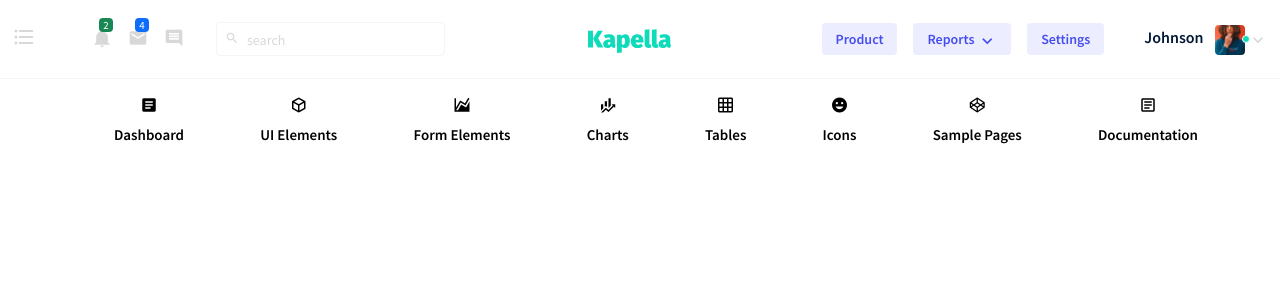
Repository: dimitri0004/Bien
Page: templates/base.html.twig
The author's editor kept a copy of each file at every save. The page is drawn from the files as they stood at one save, then again after the next save.
The browser window is 1280 px wide. The pictures show the whole page.
The page is a Twig template of a Symfony application; nobody is signed in and links lead nowhere. The template is opened directly, without the code that normally fills it, so the values that code supplies are empty.

Above is the page before, as saved 2023-04-03 11:58:23.
Console error: TypeError: Cannot read properties of null (reading 'addEventListener')

### templates/base.html.twig
<!DOCTYPE html>
<html>
    <head>
        <meta charset="UTF-8">
        <meta name="viewport" content="width=device-width, initial-scale=1, shrink-to-fit=no">
        <title>{% block title %}Welcome!{% endblock %}</title>
        <link rel="icon" href="data:[embedded picture, 143 characters]">
        {# Run `composer require symfony/webpack-encore-bundle` to start using Symfony UX #}
        <!-- Required meta tags -->
        <!-- base:css -->




        {% block stylesheets %}
            <link rel="stylesheet" href="{{asset('vendors/base/vendor.bundle.base.css')}}">
            <link rel="stylesheet" href="{{asset('vendors/mdi/css/materialdesignicons.min.css')}}">
            <link rel="stylesheet" href="{{asset('css/style.css')}}">
            <link rel="shortcut icon" href="{{asset('images/favicon.png')}}" >

        {% endblock %}



        {% block javascripts %} {% endblock %}

        <script src="{{asset('vendors/base/vendor.bundle.base.js')}}" defer></script>
        <script src="{{asset('js/template.js')}}" defer></script>
        <script src="{{asset('vendors/chart.js/Chart.min.js')}}"defer></script>
        <script src="{{asset('vendors/progressbar.js/progressbar.min.js')}}"></script>
        <script src="{{asset('vendors/chartjs-plugin-datalabels/chartjs-plugin-datalabels.js')}}"defer></script>
        <script src="{{asset('vendors/justgage/raphael-2.1.4.min.js')}}"defer></script>
        <script src="{{asset('vendors/justgage/justgage.js')}}"defer></script>
        <script src="{{asset('js/jquery.cookie.js')}}" type="text/javascript" defer></script>
        <script src="{{asset('js/dashboard.js')}}" defer></script>



    </head>
    <body>
        {% include "_partiels/nav.html.twig" %}
        {% block body %}

        {% endblock %}
    </body>
</html>

### templates/_partiels/nav.html.twig

<div class="container-scroller">
    <div class="row p-0 m-0 proBanner" id="proBanner">
        <div class="col-md-12 p-0 m-0">

        </div>
    </div>
<!-- partial:partials/_horizontal-navbar.html -->
<div class="horizontal-menu">
<nav class="navbar top-navbar col-lg-12 col-12 p-0">
<div class="container-fluid">
<div class="navbar-menu-wrapper d-flex align-items-center justify-content-between">
<ul class="navbar-nav navbar-nav-left">
  <li class="nav-item ms-0 me-5 d-lg-flex d-none">
    <a href="#" class="nav-link horizontal-nav-left-menu"><i class="mdi mdi-format-list-bulleted"></i></a>
  </li>
  <li class="nav-item dropdown">
    <a class="nav-link count-indicator dropdown-toggle d-flex align-items-center justify-content-center" id="notificationDropdown" href="#" data-bs-toggle="dropdown">
      <i class="mdi mdi-bell mx-0"></i>
      <span class="count bg-success">2</span>
    </a>
    <div class="dropdown-menu dropdown-menu-right navbar-dropdown preview-list" aria-labelledby="notificationDropdown">
      <p class="mb-0 font-weight-normal float-left dropdown-header">Notifications</p>
      <a class="dropdown-item preview-item">
        <div class="preview-thumbnail">
            <div class="preview-icon bg-success">
              <i class="mdi mdi-information mx-0"></i>
            </div>
        </div>
        <div class="preview-item-content">
            <h6 class="preview-subject font-weight-normal">Application Error</h6>
            <p class="font-weight-light small-text mb-0 text-muted">
              Just now
            </p>
        </div>
      </a>
      <a class="dropdown-item preview-item">
        <div class="preview-thumbnail">
            <div class="preview-icon bg-warning">
              <i class="mdi mdi-settings mx-0"></i>
            </div>
        </div>
        <div class="preview-item-content">
            <h6 class="preview-subject font-weight-normal">Settings</h6>
            <p class="font-weight-light small-text mb-0 text-muted">
              Private message
            </p>
        </div>
      </a>
      <a class="dropdown-item preview-item">
        <div class="preview-thumbnail">
            <div class="preview-icon bg-info">
              <i class="mdi mdi-account-box mx-0"></i>
            </div>
        </div>
        <div class="preview-item-content">
            <h6 class="preview-subject font-weight-normal">New user registration</h6>
            <p class="font-weight-light small-text mb-0 text-muted">
              2 days ago
            </p>
        </div>
      </a>
    </div>
  </li>
  <li class="nav-item dropdown">
    <a class="nav-link count-indicator dropdown-toggle d-flex justify-content-center align-items-center" id="messageDropdown" href="#" data-bs-toggle="dropdown">
      <i class="mdi mdi-email mx-0"></i>
      <span class="count bg-primary">4</span>
    </a>
    <div class="dropdown-menu dropdown-menu-right navbar-dropdown preview-list" aria-labelledby="messageDropdown">
      <p class="mb-0 font-weight-normal float-left dropdown-header">Messages</p>
      <a class="dropdown-item preview-item">
        <div class="preview-thumbnail">
            <img src="images/faces/face4.jpg" alt="image" class="profile-pic">
        </div>
        <div class="preview-item-content flex-grow">
            <h6 class="preview-subject ellipsis font-weight-normal">David Grey
            </h6>
            <p class="font-weight-light small-text text-muted mb-0">
              The meeting is cancelled
            </p>
        </div>
      </a>
      <a class="dropdown-item preview-item">
        <div class="preview-thumbnail">
            <img src="images/faces/face2.jpg" alt="image" class="profile-pic">
        </div>
        <div class="preview-item-content flex-grow">
            <h6 class="preview-subject ellipsis font-weight-normal">Tim Cook
            </h6>
            <p class="font-weight-light small-text text-muted mb-0">
              New product launch
            </p>
        </div>
      </a>
      <a class="dropdown-item preview-item">
        <div class="preview-thumbnail">
            <img src="images/faces/face3.jpg" alt="image" class="profile-pic">
        </div>
        <div class="preview-item-content flex-grow">
            <h6 class="preview-subject ellipsis font-weight-normal"> Johnson
            </h6>
            <p class="font-weight-light small-text text-muted mb-0">
              Upcoming board meeting
            </p>
        </div>
      </a>
    </div>
  </li>
  <li class="nav-item dropdown">
    <a href="#" class="nav-link count-indicator "><i class="mdi mdi-message-reply-text"></i></a>
  </li>
  <li class="nav-item nav-search d-none d-lg-block ms-3">
    <div class="input-group">
        <div class="input-group-prepend">
          <span class="input-group-text" id="search">
            <i class="mdi mdi-magnify"></i>
          </span>
        </div>
        <input type="text" class="form-control" placeholder="search" aria-label="search" aria-describedby="search">
    </div>
  </li>
</ul>
<div class="text-center navbar-brand-wrapper d-flex align-items-center justify-content-center">
    <a class="navbar-brand brand-logo" href="index.html"><img src="images/logo.svg" alt="logo"/></a>
    <a class="navbar-brand brand-logo-mini" href="index.html"><img src="images/logo-mini.svg" alt="logo"/></a>
</div>
<ul class="navbar-nav navbar-nav-right">
    <li class="nav-item dropdown  d-lg-flex d-none">
      <button type="button" class="btn btn-inverse-primary btn-sm">Product </button>
    </li>
    <li class="nav-item dropdown d-lg-flex d-none">
      <a class="dropdown-toggle show-dropdown-arrow btn btn-inverse-primary btn-sm" id="nreportDropdown" href="#" data-bs-toggle="dropdown">
      Reports
      </a>
      <div class="dropdown-menu dropdown-menu-right navbar-dropdown preview-list" aria-labelledby="nreportDropdown">
          <p class="mb-0 font-weight-medium float-left dropdown-header">Reports</p>
          <a class="dropdown-item">
            <i class="mdi mdi-file-pdf text-primary"></i>
            Pdf
          </a>
          <a class="dropdown-item">
            <i class="mdi mdi-file-excel text-primary"></i>
            Exel
          </a>
      </div>
    </li>
    <li class="nav-item dropdown d-lg-flex d-none">
      <button type="button" class="btn btn-inverse-primary btn-sm">Settings</button>
    </li>
    <li class="nav-item nav-profile dropdown">
      <a class="nav-link dropdown-toggle" href="#" data-bs-toggle="dropdown" id="profileDropdown">
        <span class="nav-profile-name">Johnson</span>
        <span class="online-status"></span>
        <img src="images/faces/face28.png" alt="profile"/>
      </a>
      <div class="dropdown-menu dropdown-menu-right navbar-dropdown" aria-labelledby="profileDropdown">
          <a class="dropdown-item">
            <i class="mdi mdi-settings text-primary"></i>
            Settings
          </a>
          <a class="dropdown-item">
            <i class="mdi mdi-logout text-primary"></i>
            Logout
          </a>
      </div>
    </li>
</ul>
<button class="navbar-toggler navbar-toggler-right d-lg-none align-self-center" type="button" data-toggle="horizontal-menu-toggle">
  <span class="mdi mdi-menu"></span>
</button>
</div>
</div>
</nav>
<nav class="bottom-navbar">
<div class="container">
<ul class="nav page-navigation">
  <li class="nav-item">
    <a class="nav-link" href="index.html">
      <i class="mdi mdi-file-document-box menu-icon"></i>
      <span class="menu-title">Dashboard</span>
    </a>
  </li>
  <li class="nav-item">
      <a href="#" class="nav-link">
        <i class="mdi mdi-cube-outline menu-icon"></i>
        <span class="menu-title">UI Elements</span>
        <i class="menu-arrow"></i>
      </a>
      <div class="submenu">
          <ul>
              <li class="nav-item"><a class="nav-link" href="pages/ui-features/buttons.html">Buttons</a></li>
              <li class="nav-item"><a class="nav-link" href="pages/ui-features/typography.html">Typography</a></li>
          </ul>
      </div>
  </li>
  <li class="nav-item">
      <a href="pages/forms/basic_elements.html" class="nav-link">
        <i class="mdi mdi-chart-areaspline menu-icon"></i>
        <span class="menu-title">Form Elements</span>
        <i class="menu-arrow"></i>
      </a>
  </li>
  <li class="nav-item">
      <a href="pages/charts/chartjs.html" class="nav-link">
        <i class="mdi mdi-finance menu-icon"></i>
        <span class="menu-title">Charts</span>
        <i class="menu-arrow"></i>
      </a>
  </li>
  <li class="nav-item">
      <a href="pages/tables/basic-table.html" class="nav-link">
        <i class="mdi mdi-grid menu-icon"></i>
        <span class="menu-title">Tables</span>
        <i class="menu-arrow"></i>
      </a>
  </li>
  <li class="nav-item">
      <a href="pages/icons/mdi.html" class="nav-link">
        <i class="mdi mdi-emoticon menu-icon"></i>
        <span class="menu-title">Icons</span>
        <i class="menu-arrow"></i>
      </a>
  </li>
  <li class="nav-item">
      <a href="#" class="nav-link">
        <i class="mdi mdi-codepen menu-icon"></i>
        <span class="menu-title">Sample Pages</span>
        <i class="menu-arrow"></i>
      </a>
      <div class="submenu">
          <ul class="submenu-item">
              <li class="nav-item"><a class="nav-link" href="pages/samples/login.html">Login</a></li>
              <li class="nav-item"><a class="nav-link" href="pages/samples/login-2.html">Login 2</a></li>
              <li class="nav-item"><a class="nav-link" href="pages/samples/register.html">Register</a></li>
              <li class="nav-item"><a class="nav-link" href="pages/samples/register-2.html">Register 2</a></li>
              <li class="nav-item"><a class="nav-link" href="pages/samples/lock-screen.html">Lockscreen</a></li>
          </ul>
      </div>
  </li>
  <li class="nav-item">
      <a href="docs/documentation.html" class="nav-link">
        <i class="mdi mdi-file-document-box-outline menu-icon"></i>
        <span class="menu-title">Documentation</span></a>
  </li>
</ul>
</div>
</nav>
</div>

### public/js/template.js
(function($) {
  'use strict';
  $(function() {
    var body = $('body');
    var contentWrapper = $('.content-wrapper');
    var scroller = $('.container-scroller');
    var footer = $('.footer');
    var sidebar = $('.sidebar');

    //Add active class to nav-link based on url dynamically
    //Active class can be hard coded directly in html file also as required

    function addActiveClass(element) {
      if (current === "") {
        //for root url
        if (element.attr('href').indexOf("index.html") !== -1) {
          element.parents('.nav-item').last().addClass('active');
          if (element.parents('.sub-menu').length) {
            element.closest('.collapse').addClass('show');
            element.addClass('active');
          }
        }
      } else {
        //for other url
        if (element.attr('href').indexOf(current) !== -1) {
          element.parents('.nav-item').last().addClass('active');
          if (element.parents('.sub-menu').length) {
            element.closest('.collapse').addClass('show');
            element.addClass('active');
          }
          if (element.parents('.submenu-item').length) {
            element.addClass('active');
          }
        }
      }
    }

    var current = location.pathname.split("/").slice(-1)[0].replace(/^\/|\/$/g, '');
    $('.nav li a', sidebar).each(function() {
      var $this = $(this);
      addActiveClass($this);
    })

    $('.horizontal-menu .nav li a').each(function() {
      var $this = $(this);
      addActiveClass($this);
    })

    //Close other submenu in sidebar on opening any

    sidebar.on('show.bs.collapse', '.collapse', function() {
      sidebar.find('.collapse.show').collapse('hide');
    });


    //Change sidebar and content-wrapper height
    applyStyles();

    function applyStyles() {
      //Applying perfect scrollbar
      if (!body.hasClass("rtl")) {
        if ($('.settings-panel .tab-content .tab-pane.scroll-wrapper').length) {
          const settingsPanelScroll = new PerfectScrollbar('.settings-panel .tab-content .tab-pane.scroll-wrapper');
        }
        if ($('.chats').length) {
          const chatsScroll = new PerfectScrollbar('.chats');
        }
        if (body.hasClass("sidebar-fixed")) {
          if($('#sidebar').length) {
            var fixedSidebarScroll = new PerfectScrollbar('#sidebar .nav');
          }
        }
      }
    }

    $('[data-toggle="minimize"]').on("click", function() {
      if ((body.hasClass('sidebar-toggle-display')) || (body.hasClass('sidebar-absolute'))) {
        body.toggleClass('sidebar-hidden');
      } else {
        body.toggleClass('sidebar-icon-only');
      }
    });

    //checkbox and radios
    $(".form-check label,.form-radio label").append('<i class="input-helper"></i>');

    //Horizontal menu in mobile
    $('[data-toggle="horizontal-menu-toggle"]').on("click", function() {
      $(".horizontal-menu .bottom-navbar").toggleClass("header-toggled");
    });
    // Horizontal menu navigation in mobile menu on click
    var navItemClicked = $('.horizontal-menu .page-navigation >.nav-item');
    navItemClicked.on("click", function(event) {
      if(window.matchMedia('(max-width: 991px)').matches) {
        if(!($(this).hasClass('show-submenu'))) {
          navItemClicked.removeClass('show-submenu');
        }
        $(this).toggleClass('show-submenu');
      }
    })

    $(window).scroll(function() {
      if(window.matchMedia('(min-width: 992px)').matches) {
        var header = $('.horizontal-menu');
        if ($(window).scrollTop() >= 70) {
          $(header).addClass('fixed-on-scroll');
        } else {
          $(header).removeClass('fixed-on-scroll');
        }
      }
    });
    if ($.cookie('kapella-free-banner')!="true") {
      document.querySelector('#proBanner').classList.add('d-flex');
    }
    else {
      document.querySelector('#proBanner').classList.add('d-none');
    }
    document.querySelector('#bannerClose').addEventListener('click',function() {
      document.querySelector('#proBanner').classList.add('d-none');
      document.querySelector('#proBanner').classList.remove('d-flex');
      var date = new Date();
      date.setTime(date.getTime() + 24 * 60 * 60 * 1000);
      $.cookie('kapella-free-banner', "true", { expires: date });
    });
  });
})(jQuery);

Loaded but not shown: public/vendors/base/vendor.bundle.base.css (common file); public/vendors/mdi/css/materialdesignicons.min.css (library); public/css/style.css (library); public/vendors/progressbar.js/progressbar.min.js (library); public/vendors/base/vendor.bundle.base.js (library); public/vendors/chart.js/Chart.min.js (library); public/vendors/chartjs-plugin-datalabels/chartjs-plugin-datalabels.js (library); public/vendors/justgage/raphael-2.1.4.min.js (library); public/vendors/justgage/justgage.js (library); public/js/jquery.cookie.js (library); public/images/logo.svg (3 lines, source omitted); public/images/logo-mini.svg (12 lines, source omitted); public/js/dashboard.js (1172 lines, source omitted)

After the next save:
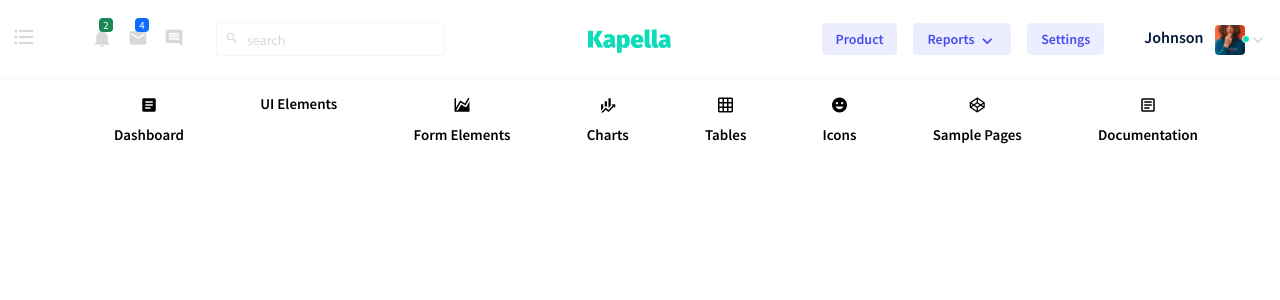
Saved 3 min 0 s later.
--- a/templates/_partiels/nav.html.twig
+++ b/templates/_partiels/nav.html.twig
@@ -183,7 +183,7 @@
   </li>
   <li class="nav-item">
       <a href="#" class="nav-link">
-        <i class="mdi mdi-cube-outline menu-icon"></i>
+
         <span class="menu-title">UI Elements</span>
         <i class="menu-arrow"></i>
       </a>
